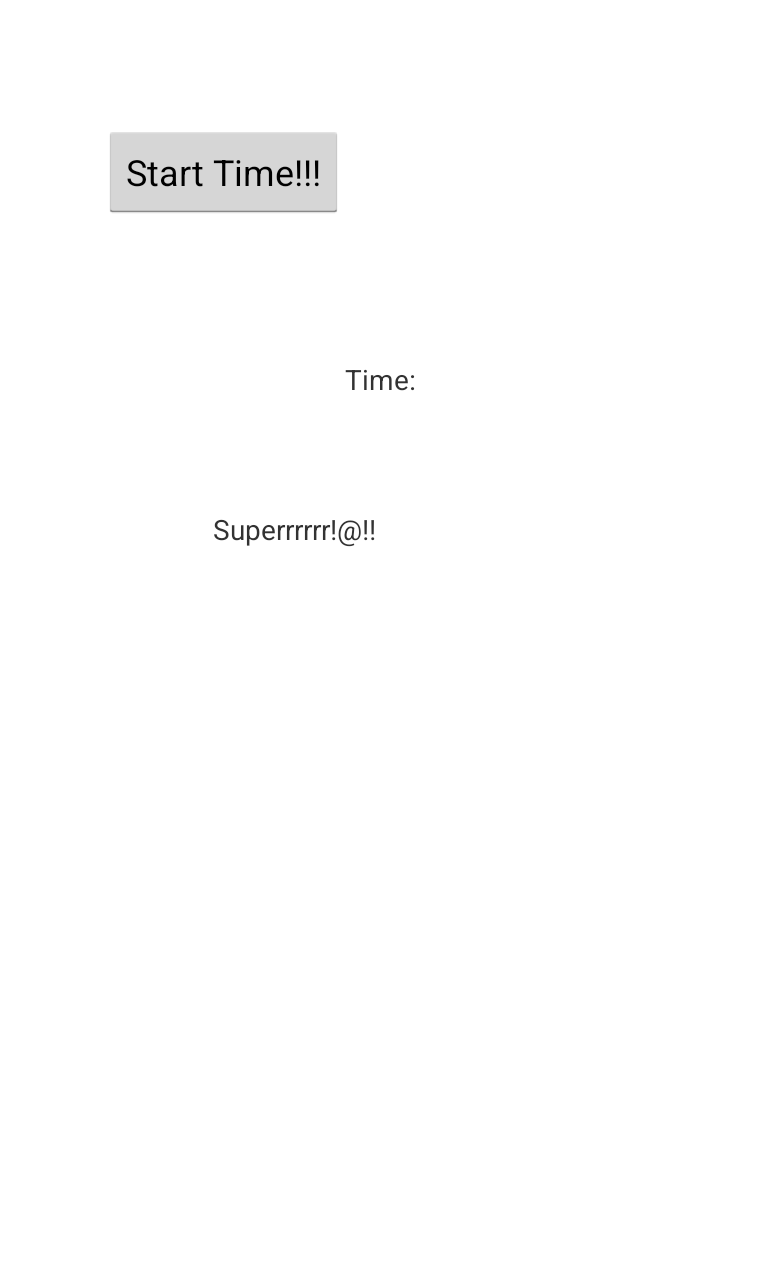
Repository: invader777/M-G
Layout: BrambrGambr/res/layout/activity_main_brambr.xml
These files come from the project's save history. The layout is drawn as it stood at one moment and after the next save; the edit follows.
It is drawn on a 768 x 1280 px phone screen (xhdpi) without system bars, with theme AppTheme; the app's code is not run.

Above is the layout before, as saved 2012-09-04 20:38:52.

### BrambrGambr/res/layout/activity_main_brambr.xml
<RelativeLayout xmlns:android="http://schemas.android.com/apk/res/android"
    xmlns:tools="http://schemas.android.com/tools"
    android:layout_width="match_parent"
    android:layout_height="match_parent" >

    <Button
        android:id="@+id/button1"
        android:layout_width="wrap_content"
        android:layout_height="wrap_content"
        android:layout_alignParentLeft="true"
        android:layout_alignParentTop="true"
        android:layout_marginLeft="51dp"
        android:layout_marginTop="62dp"
        android:onClick="onTimeButtonClick"
        android:text="@string/time_button_name" />

    <TextView
        android:id="@+id/timerTextView"
        android:layout_width="wrap_content"
        android:layout_height="wrap_content"
        android:layout_below="@+id/button1"
        android:layout_marginTop="70dp"
        android:layout_toRightOf="@+id/button1"
        android:text="@string/time_value"
        tools:context=".MainBrambr" />

    <TextView
        android:id="@+id/textView1"
        android:layout_width="wrap_content"
        android:layout_height="wrap_content"
        android:layout_alignRight="@+id/timerTextView"
        android:layout_below="@+id/timerTextView"
        android:layout_marginRight="20dp"
        android:layout_marginTop="56dp"
        android:text="@string/super_text"
        tools:context=".MainActivity" />

</RelativeLayout>

### BrambrGambr/res/values/strings.xml
<resources>

    <string name="app_name">BrambrGambr</string>
    <string name="hello_world">Hello world!</string>
    <string name="menu_settings">Settings</string>
    <string name="title_activity_main_brambr">MainBrambr</string>
    <string name="superBrambr">Super Brambr</string>
    <string name="time_value">Time:</string>
    <string name="time_button_name">Start Time!!!</string>
    <string name="super_text">Superrrrrr!@!!</string>

</resources>

Loaded but not shown: BrambrGambr/res/values-v11/styles.xml (common file); BrambrGambr/res/values-v14/styles.xml (common file); BrambrGambr/res/values/styles.xml (common file)

After the next save:
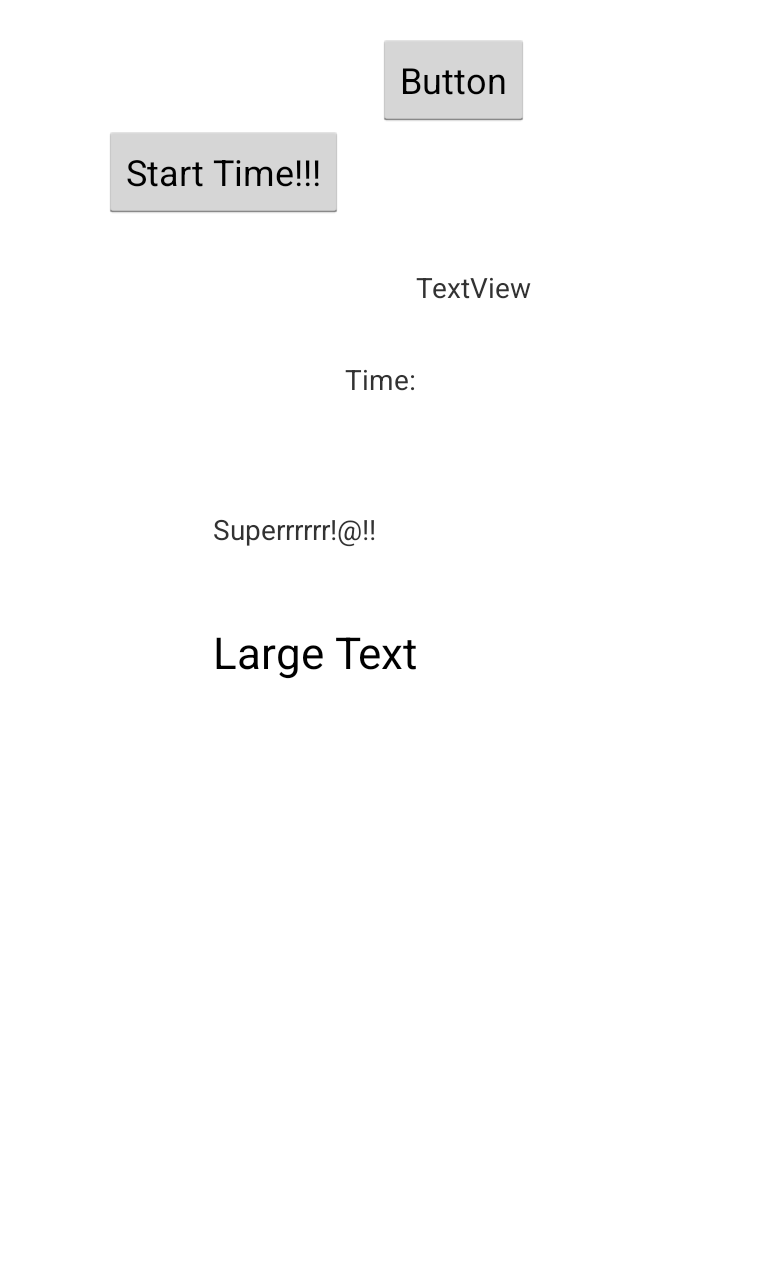
Saved 3 s later.
--- a/BrambrGambr/res/layout/activity_main_brambr.xml
+++ b/BrambrGambr/res/layout/activity_main_brambr.xml
@@ -35,4 +35,32 @@
         android:text="@string/super_text"
         tools:context=".MainActivity" />
 
+    <TextView
+        android:id="@+id/textView2"
+        android:layout_width="wrap_content"
+        android:layout_height="wrap_content"
+        android:layout_below="@+id/button1"
+        android:layout_marginTop="24dp"
+        android:layout_toRightOf="@+id/timerTextView"
+        android:text="TextView" />
+
+    <TextView
+        android:id="@+id/textView3"
+        android:layout_width="wrap_content"
+        android:layout_height="wrap_content"
+        android:layout_alignLeft="@+id/textView1"
+        android:layout_below="@+id/textView1"
+        android:layout_marginTop="37dp"
+        android:text="Large Text"
+        android:textAppearance="?android:attr/textAppearanceLarge" />
+
+    <Button
+        android:id="@+id/button2"
+        android:layout_width="wrap_content"
+        android:layout_height="wrap_content"
+        android:layout_alignParentTop="true"
+        android:layout_alignRight="@+id/textView2"
+        android:layout_marginTop="16dp"
+        android:text="Button" />
+
 </RelativeLayout>
